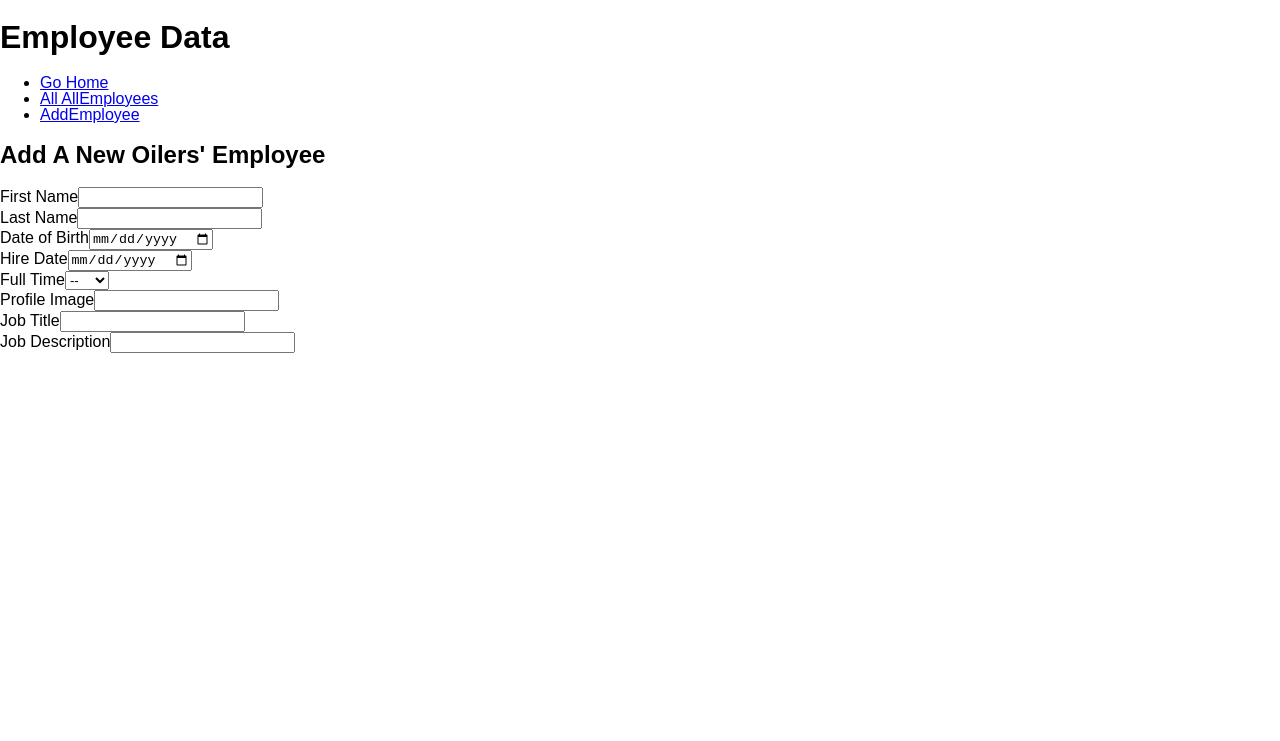
Repository: rh1456/employee-directory
Page: /2
An editor plug-in stored every save of this project. The page is shown before and after the next save, followed by the edit.
The browser window is 1280 px wide. The pictures show the whole page.
The project was rebuilt for these pictures with package versions that can differ from the ones it lists, and the page was loaded fresh each time. Also part of the build but not shown: src/components/HelloWorld.jsx, src/pages/HomePage.jsx, src/pages/NotFound.jsx, src/pages/AllEmployees.jsx.

Above is the page before, as saved 2019-12-07 13:49:26.

### public/index.html
<!DOCTYPE html>
<html lang="en">
  <head>
    <meta charset="utf-8">
    <link rel="shortcut icon" href="%PUBLIC_URL%/favicon.ico">
    <meta name="viewport" content="width=device-width, initial-scale=1, shrink-to-fit=no">
    <meta name="theme-color" content="#000000">
    <!--
      manifest.json provides metadata used when your web app is added to the
      homescreen on Android. See https://developers.google.com/web/fundamentals/web-app-manifest/
    -->
    <link rel="manifest" href="%PUBLIC_URL%/manifest.json">
    <!--
      Notice the use of %PUBLIC_URL% in the tags above.
      It will be replaced with the URL of the `public` folder during the build.
      Only files inside the `public` folder can be referenced from the HTML.

      Unlike "/favicon.ico" or "favicon.ico", "%PUBLIC_URL%/favicon.ico" will
      work correctly both with client-side routing and a non-root public URL.
      Learn how to configure a non-root public URL by running `npm run build`.
    -->
    <title>Employee Directory</title>
  </head>
  <body>
    <noscript>
      You need to enable JavaScript to run this app.
    </noscript>
    <div id="root"></div>
    <!--
      This HTML file is a template.
      If you open it directly in the browser, you will see an empty page.

      You can add webfonts, meta tags, or analytics to this file.
      The build step will place the bundled scripts into the <body> tag.

      To begin the development, run `npm start` or `yarn start`.
      To create a production bundle, use `npm run build` or `yarn build`.
    -->
  </body>
</html>

### src/App.jsx
import React from 'react'
import { BrowserRouter as Router, Link, Route, Switch } from 'react-router-dom'
// import AllEmployees from './pages/AllEmployees'
import AddEmployee from './pages/AddEmployee'
import HomePage from './pages/HomePage'
import NotFound from './pages/NotFound'
import AllEmployees from './pages/AllEmployees'

const App = () => {
  return (
    <Router>
      <header>
        <h1>Employee Data</h1>
        <nav>
          <ul>
            <li>
              <Link to="/">Go Home</Link>
            </li>
            <li>
              <Link to="/1">All AllEmployees</Link>
            </li>
            <li>
              <Link to="/2">AddEmployee</Link>
            </li>
          </ul>
        </nav>
      </header>
      <Switch>
        <Route exact path="/" component={HomePage}></Route>
        <Route exact path="/1" component={AllEmployees}></Route>
        <Route exact path="/2" component={AddEmployee}></Route>
        <Route path="*" component={NotFound}></Route>
      </Switch>
    </Router>
  )
}

export default App

### src/pages/AddEmployee.jsx
import React, { useState } from 'react'
import { Redirect } from 'react-router-dom'
import axios from 'axios'

const AddEmployee = () => {
  const [resetForm, setResetForm] = useState('')
  const [firstName, setFirstName] = useState('')
  const [lastName, setLastName] = useState('')
  const [birthday, setBirthday] = useState('')
  const [hireDate, setHireDate] = useState('')
  const [isFullTime, setIsFullTime] = useState('')
  const [profileImage, setProfileImage] = useState('')
  const [jobTitle, setJobTitle] = useState('')
  const [jobDescription, setJobDescription] = useState('')
  const [phoneNumber, setPhoneNumber] = useState('')
  const [address, setAdress] = useState('')
  const [city, setCity] = useState('')
  const [state, setState] = useState('')
  const [zip, setZip] = useState('')
  const [email, setEmail] = useState('')
  const [emergencyContactPerson, setEmergencyContactPerson] = useState('')
  const [emergencyContactPhone, setEmergencyContactPhone] = useState('')
  const [emergencyContactAddress, setEmergencyContactAddress] = useState('')
  const [ptoHours, setPtoHours] = useState('')

  const submitForm = async event => {
    event.preventDefault()
    const resp = await axios.post(
      'https://sdg-staff-directory-app.herokuapp.com/api/oilers/Employees',

      {
        firstName: firstName,
        lastName: lastName,
        birthday: birthday,
        hireDate: hireDate,
        isFullTime: isFullTime,
        profileImage: profileImage,
        jobTitle: jobTitle,
        jobDescription: jobDescription,
        phoneNumber: phoneNumber,
        address: address,
        city: city,
        state: state,
        zip: zip,
        email: email,
        emergencyContactPerson: emergencyContactPerson,
        emergencyContactPhone: emergencyContactPhone,
        emergencyContactAddress: setEmergencyContactAddress,
        ptoHours,
        ptoHours,
      }
    )
  }
  return (
    <>
      <main>
        <h2> Add A New Oilers' Employee</h2>
        <form onSubmit={submitForm}>
          <section>
            <section className="employeeLabel">
              <label htmlFor="firstName">First Name</label>
              <input
                onChange={e => {
                  setFirstName(e.target.value)
                }}
                value={firstName}
                type="text"
              />
            </section>
            <section className="employeeLabel">
              <label htmlFor="lastName">Last Name</label>
              <input
                onChange={e => {
                  setLastName(e.target.value)
                }}
                value={lastName}
                type="text"
              />
            </section>
            <section className="employeeLabel">
              <label htmlFor="birthday">Date of Birth</label>
              <input
                className="dateData"
                onChange={e => {
                  setBirthday(e.target.value)
                }}
                type="date"
                value={birthday}
              />
            </section>
            <section className="employeeLabel">
              <label htmlFor="hireDate">Hire Date</label>
              <input
                className="dateData"
                onChange={e => {
                  setHireDate(e.target.value)
                }}
                type="date"
                value={hireDate}
              />
            </section>
            <section className="employeeLabel">
              <label htmlFor="fullTime">Full Time</label>
              <select
                onChange={e => {
                  setIsFullTime(e.target.value)
                }}
                type="text"
                value={isFullTime}
              >
                <option value="">--</option>
                <option value="true">Yes</option>
                <option value="false">No</option>
              </select>
            </section>
            <section className="employeeLabel">
              <label htmlFor="profileImage">Profile Image</label>
              <input
                onChange={e => {
                  setProfileImage(e.target.value)
                }}
                type="url"
                value={profileImage}
              />
            </section>
            <section className="employeeLabel">
              <label htmlFor="jobTitle">Job Title</label>
              <input
                onChange={e => {
                  setJobTitle(e.target.value)
                }}
                type="text"
                value={jobTitle}
              />
            </section>
            <section className="employeelabel">
              <label htmlFor="jobDescription">Job Description</label>
              <input
                onChange={e => {
                  setJobDescription(e.target.value)
                }}
                type="text"
                value={jobDescription}
              />
            </section>
          </section>
        </form>
      </main>
    </>
  )
}

export default AddEmployee

Loaded but not shown: src/index.js (common file); src/index.css (common file)

After the next save:
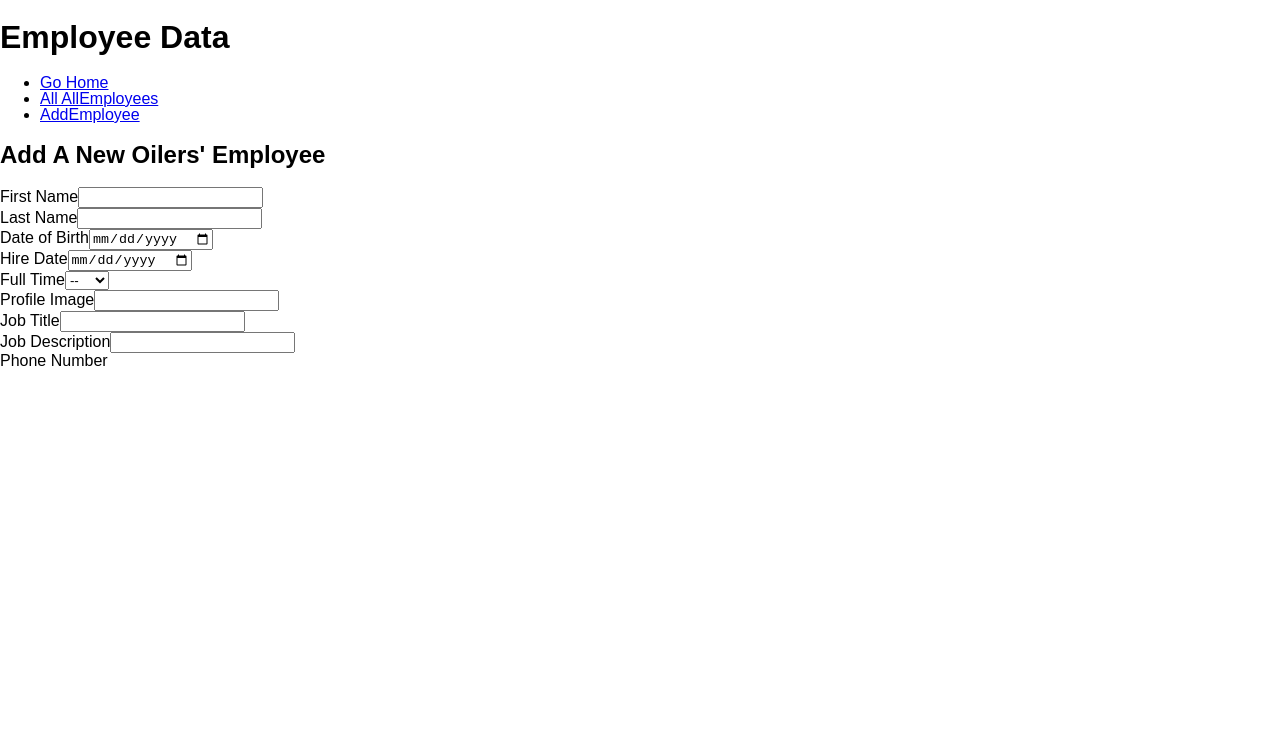
Saved 3 min 9 s later.
--- a/src/pages/AddEmployee.jsx
+++ b/src/pages/AddEmployee.jsx
@@ -133,7 +133,7 @@
                 value={jobTitle}
               />
             </section>
-            <section className="employeelabel">
+            <section className="employeeLabel">
               <label htmlFor="jobDescription">Job Description</label>
               <input
                 onChange={e => {
@@ -143,6 +143,9 @@
                 value={jobDescription}
               />
             </section>
+            <section className="employeeLabel">
+              <label htmlFor="phone">Phone Number</label>
+            </section>
           </section>
         </form>
       </main>
